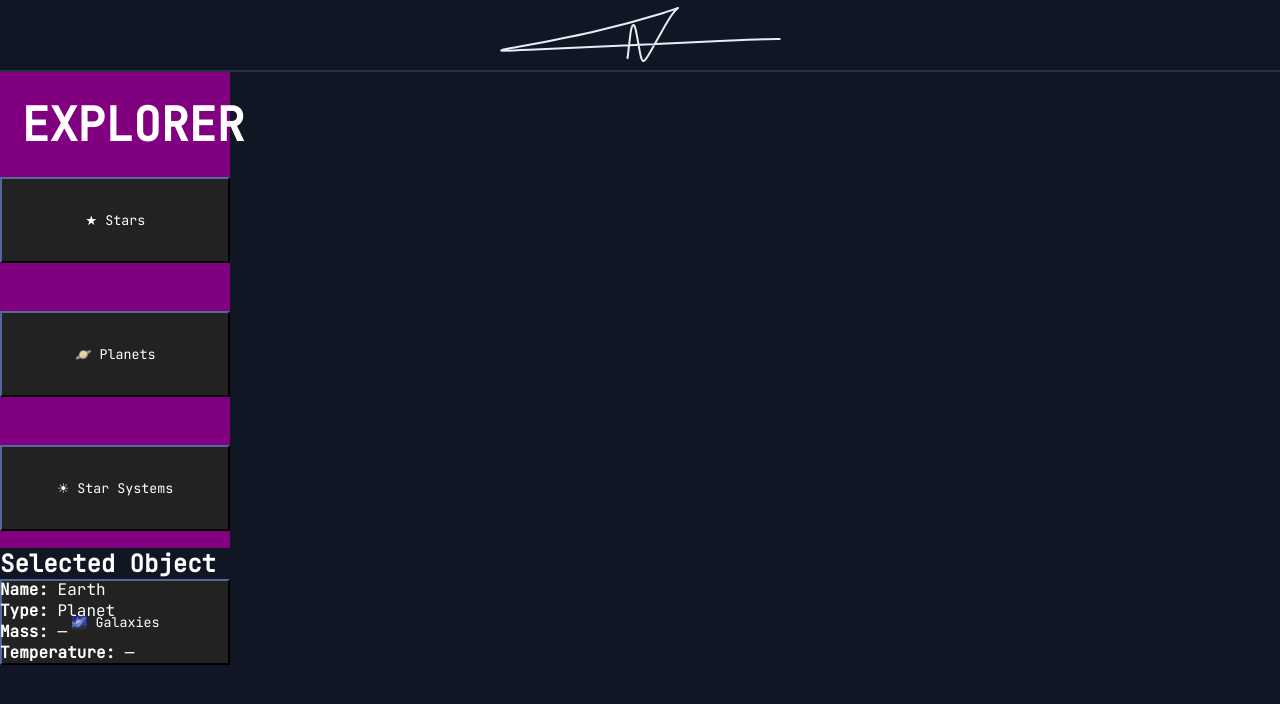
Repository: nico-madruga/Universe
Page: front-end/html/index.html
These files come from the project's save history. The page is drawn as it stood at one moment and after the next save; the edit follows.
The browser window is 1280 px wide. The pictures show the whole page.

Above is the page before, as saved 2026-09-28 16:55:15.

After the next save:
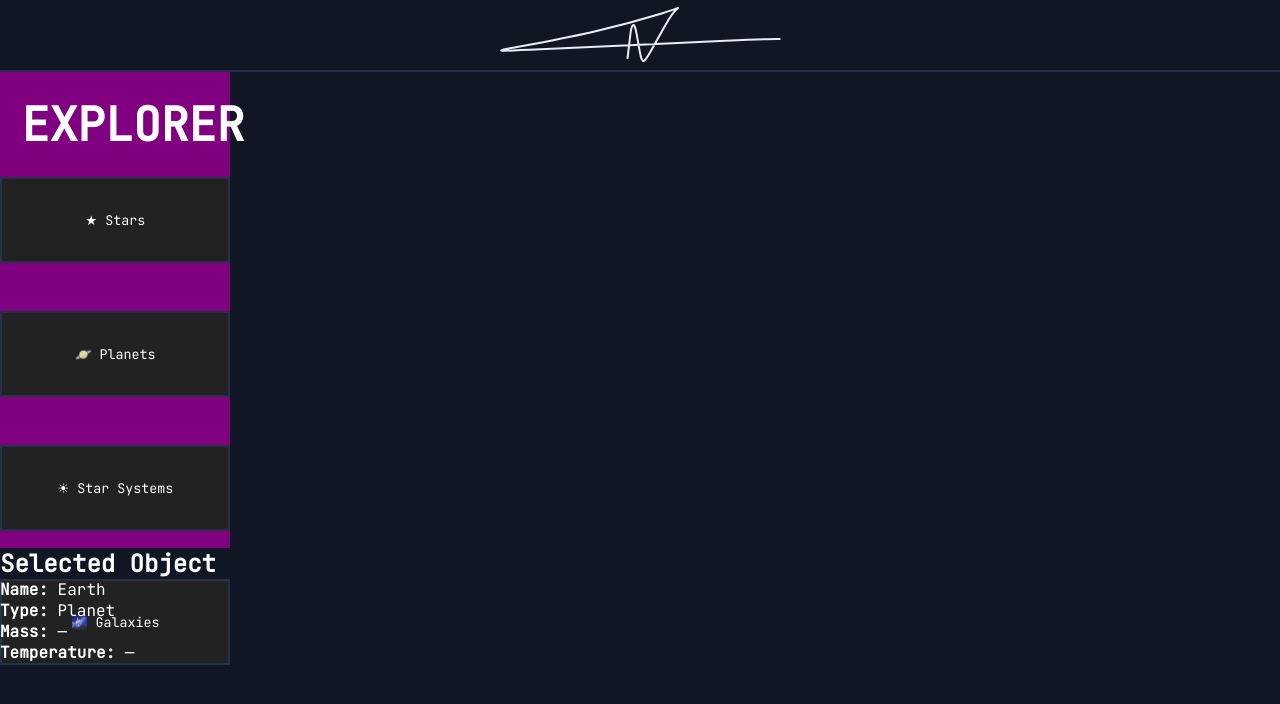
Saved 17 s later.
--- a/front-end/css/style.css
+++ b/front-end/css/style.css
@@ -70,4 +70,5 @@ body
     padding: 2rem;
     background-color: var(--button-color);
     border-color: var(--panel-borders-color);
+    border-style: solid;
 }
